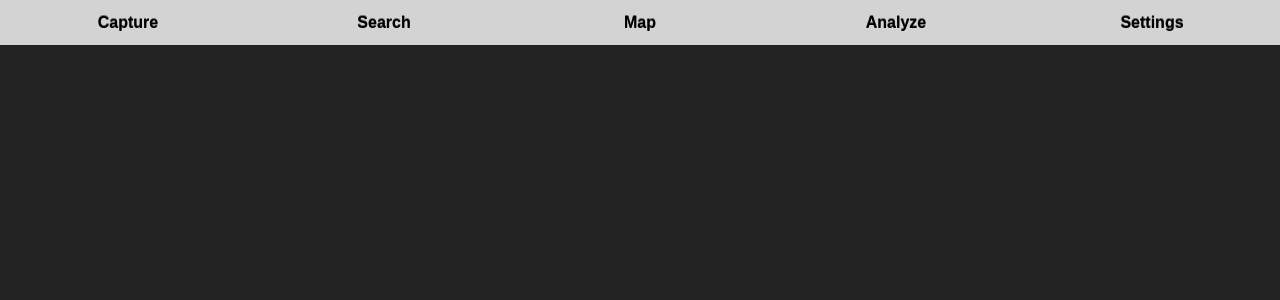
Repository: alightnin/WiFiGeolocator
Page: Final Project/WifiGeolocator/assets/www/index.html
These files come from the project's save history. The page is drawn as it stood at one moment and after the next save; the edit follows.
The browser window is 1280 px wide. The pictures show the whole page.

Above is the page before, as saved 2012-10-17 15:22:18.
Not found: Final Project/WifiGeolocator/assets/www/js/app.js

After the next save:
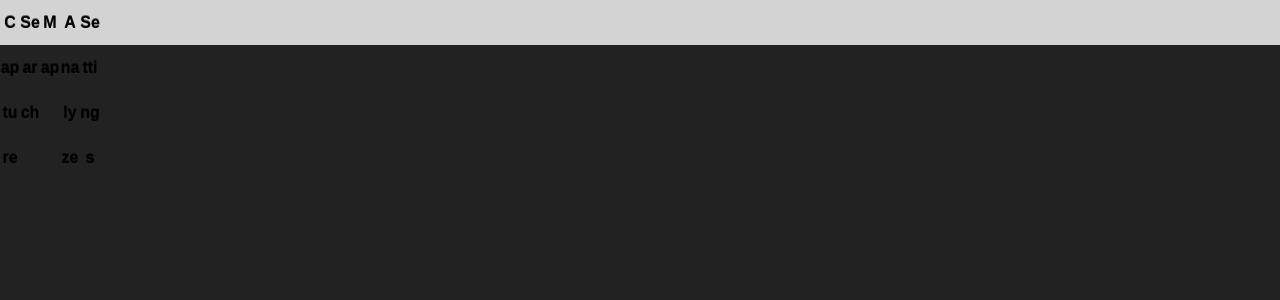
Saved 28 s later.
--- a/Final Project/WifiGeolocator/assets/www/css/geolocator.css
+++ b/Final Project/WifiGeolocator/assets/www/css/geolocator.css
@@ -66,7 +66,7 @@ h1{
 #tab-bar li {
     display: inline;
     float:left;
-    width: 20%;
+    width: 20px;
 }
 #tab-bar a {
     color: #000000;
